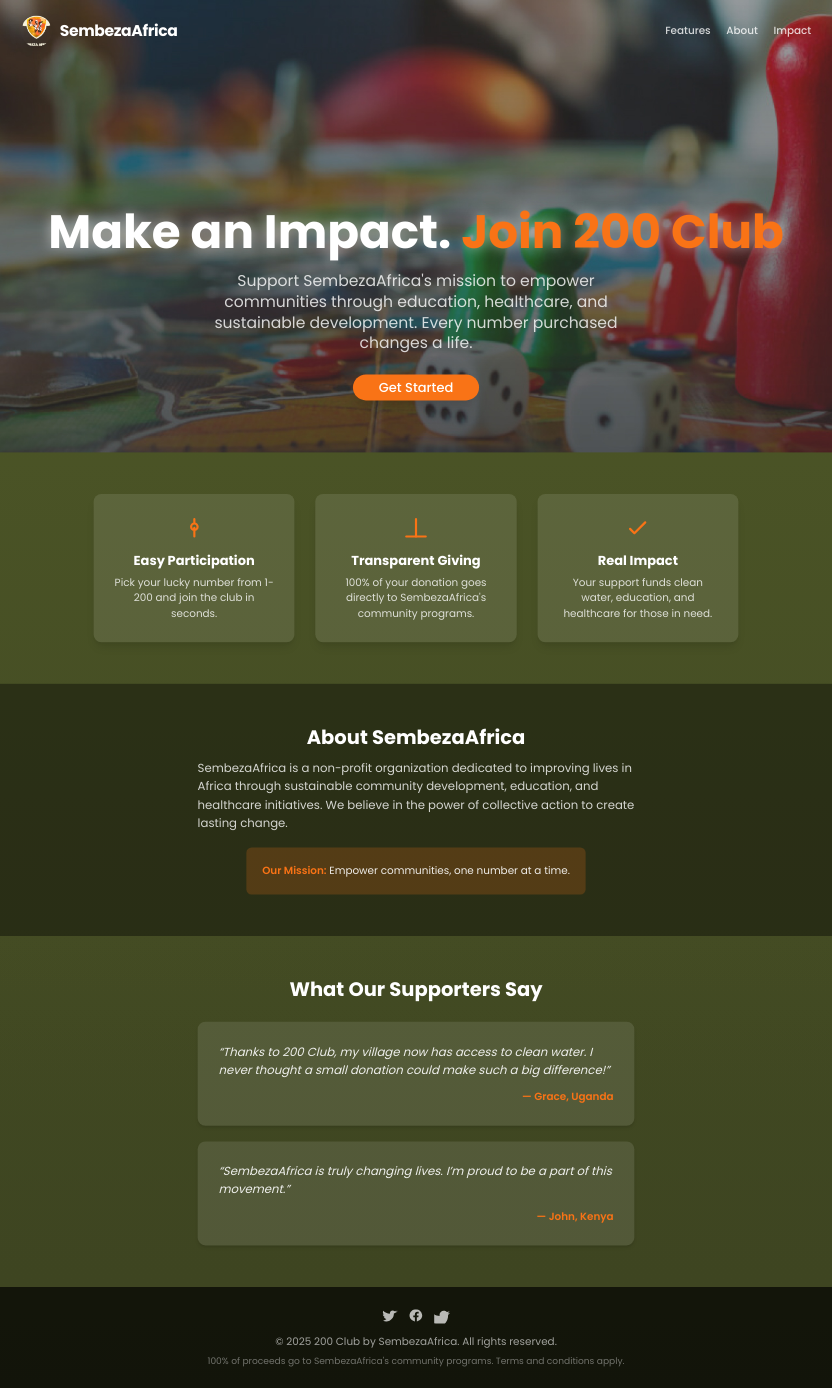
Repository: kaizoku010/200club
Page: /
These files come from the project's save history. The page is drawn as it stood at one moment and after the next save; the edit follows.
The browser window is 1280 px wide. The pictures show the whole page, at 65% of full size.
Backgrounds fixed to the window are drawn as part of the page. The project was rebuilt for these pictures with package versions that can differ from the ones it lists, and the page was loaded fresh each time. Also part of the build but not shown: vite.config.ts, src/components/ui/tooltip.tsx, src/components/Header.tsx, src/services/soundService.ts, src/components/NumberGrid.tsx, src/components/ui/use-toast.ts, src/components/ui/sound-button.tsx, src/components/RandomizeButton.tsx and 13 more.

Above is the page before, as saved 2025-06-10 10:48:17.

### index.html
<!DOCTYPE html>
<html lang="en">
  <head>
    <meta charset="UTF-8" />
    <meta name="viewport" content="width=device-width, initial-scale=1.0" />
    <title>lucky-number-arena-buy</title>
    <meta name="description" content="Lovable Generated Project" />
    <meta name="author" content="Lovable" />

    <meta property="og:title" content="lucky-number-arena-buy" />
    <meta property="og:description" content="Lovable Generated Project" />
    <meta property="og:type" content="website" />
    <meta property="og:image" content="https://lovable.dev/opengraph-image-p98pqg.png" />

    <meta name="twitter:card" content="summary_large_image" />
    <meta name="twitter:site" content="@lovable_dev" />
    <meta name="twitter:image" content="https://lovable.dev/opengraph-image-p98pqg.png" />
  </head>

  <body>
    <div id="root"></div>
    <!-- IMPORTANT: DO NOT REMOVE THIS SCRIPT TAG OR THIS VERY COMMENT! -->
    <script src="https://cdn.gpteng.co/gptengineer.js" type="module"></script>
    <script type="module" src="/src/main.tsx"></script>
  </body>
</html>

### src/App.tsx
import { Toaster } from "@/components/ui/toaster";
import { Toaster as Sonner } from "@/components/ui/sonner";
import { TooltipProvider } from "@/components/ui/tooltip";
import { QueryClient, QueryClientProvider } from "@tanstack/react-query";
import { BrowserRouter, Routes, Route, Navigate } from "react-router-dom";
import LandingPage from "./pages/LandingPage";
import GamePage from "./pages/GamePage";
import NotFound from "./pages/NotFound";

const queryClient = new QueryClient();

const App = () => (
  <QueryClientProvider client={queryClient}>
    <TooltipProvider>
      <Toaster />
      <Sonner />
      <BrowserRouter>
        <Routes>
          <Route path="/" element={<LandingPage />} />
          <Route path="/game" element={<GamePage />} />
          {/* Redirect main /index to the new game page for backward compatibility */}
          <Route path="/index" element={<Navigate to="/game" replace />} />
          <Route path="*" element={<NotFound />} />
        </Routes>
      </BrowserRouter>
    </TooltipProvider>
  </QueryClientProvider>
);

export default App;

### src/index.css

@import url('https://fonts.googleapis.com/css2?family=Poppins:wght@400;500;600;700&display=swap');

@tailwind base;
@tailwind components;
@tailwind utilities;

@layer base {
  :root {
    --background: 0 0% 100%;
    --foreground: 222.2 84% 4.9%;

    --card: 0 0% 100%;
    --card-foreground: 222.2 84% 4.9%;

    --popover: 0 0% 100%;
    --popover-foreground: 222.2 84% 4.9%;

    --primary: 222.2 47.4% 11.2%;
    --primary-foreground: 210 40% 98%;

    --secondary: 210 40% 96.1%;
    --secondary-foreground: 222.2 47.4% 11.2%;

    --muted: 210 40% 96.1%;
    --muted-foreground: 215.4 16.3% 46.9%;

    --accent: 210 40% 96.1%;
    --accent-foreground: 222.2 47.4% 11.2%;

    --destructive: 0 84.2% 60.2%;
    --destructive-foreground: 210 40% 98%;

    --border: 214.3 31.8% 91.4%;
    --input: 214.3 31.8% 91.4%;
    --ring: 222.2 84% 4.9%;

    --radius: 0.5rem;
  }

  .dark {
    --background: 222.2 84% 4.9%;
    --foreground: 210 40% 98%;

    --card: 222.2 84% 4.9%;
    --card-foreground: 210 40% 98%;

    --popover: 222.2 84% 4.9%;
    --popover-foreground: 210 40% 98%;

    --primary: 210 40% 98%;
    --primary-foreground: 222.2 47.4% 11.2%;

    --secondary: 217.2 32.6% 17.5%;
    --secondary-foreground: 210 40% 98%;

    --muted: 217.2 32.6% 17.5%;
    --muted-foreground: 215 20.2% 65.1%;

    --accent: 217.2 32.6% 17.5%;
    --accent-foreground: 210 40% 98%;

    --destructive: 0 62.8% 30.6%;
    --destructive-foreground: 210 40% 98%;

    --border: 217.2 32.6% 17.5%;
    --input: 217.2 32.6% 17.5%;
    --ring: 212.7 26.8% 83.9%;
  }
}

@layer base {
  * {
    @apply border-border;
  }

  body {
    @apply bg-game-background text-game-text font-sans;
  }

  .number-card {
    @apply flex items-center justify-center bg-game-primary rounded-lg text-white font-bold text-2xl shadow-lg transition-all duration-300 hover:scale-105 hover:bg-game-secondary cursor-pointer;
    aspect-ratio: 1 / 1;
  }

  .number-card.selected {
    @apply bg-game-accent scale-105 ring-2 ring-white;
    animation: pulse 2s infinite;
  }

  .number-card.purchased {
    @apply bg-gray-500 opacity-50 cursor-not-allowed hover:scale-100;
  }

  .action-button {
    @apply bg-game-accent text-white font-bold py-3 px-6 rounded-full shadow-lg hover:bg-game-highlight transition-colors duration-300;
  }

  .payment-option {
    @apply flex items-center space-x-2 p-4 border-2 rounded-xl transition-all duration-300;
  }

  .payment-option.selected {
    @apply border-game-accent bg-opacity-10 bg-game-accent;
  }

  @keyframes pulse {
    0%, 100% {
      transform: scale(1.05);
    }
    50% {
      transform: scale(1.1);
    }
  }
}

### src/components/ui/toaster.tsx
import { useToast } from "@/hooks/use-toast"
import {
  Toast,
  ToastClose,
  ToastDescription,
  ToastProvider,
  ToastTitle,
  ToastViewport,
} from "@/components/ui/toast"

export function Toaster() {
  const { toasts } = useToast()

  return (
    <ToastProvider>
      {toasts.map(function ({ id, title, description, action, ...props }) {
        return (
          <Toast key={id} {...props}>
            <div className="grid gap-1">
              {title && <ToastTitle>{title}</ToastTitle>}
              {description && (
                <ToastDescription>{description}</ToastDescription>
              )}
            </div>
            {action}
            <ToastClose />
          </Toast>
        )
      })}
      <ToastViewport />
    </ToastProvider>
  )
}

### src/components/ui/sonner.tsx
import { useTheme } from "next-themes"
import { Toaster as Sonner, toast } from "sonner"

type ToasterProps = React.ComponentProps<typeof Sonner>

const Toaster = ({ ...props }: ToasterProps) => {
  const { theme = "system" } = useTheme()

  return (
    <Sonner
      theme={theme as ToasterProps["theme"]}
      className="toaster group"
      toastOptions={{
        classNames: {
          toast:
            "group toast group-[.toaster]:bg-background group-[.toaster]:text-foreground group-[.toaster]:border-border group-[.toaster]:shadow-lg",
          description: "group-[.toast]:text-muted-foreground",
          actionButton:
            "group-[.toast]:bg-primary group-[.toast]:text-primary-foreground",
          cancelButton:
            "group-[.toast]:bg-muted group-[.toast]:text-muted-foreground",
        },
      }}
      {...props}
    />
  )
}

export { Toaster, toast }

### src/components/ui/toast.tsx
import * as React from "react"
import * as ToastPrimitives from "@radix-ui/react-toast"
import { cva, type VariantProps } from "class-variance-authority"
import { X } from "lucide-react"

import { cn } from "@/lib/utils"

const ToastProvider = ToastPrimitives.Provider

const ToastViewport = React.forwardRef<
  React.ElementRef<typeof ToastPrimitives.Viewport>,
  React.ComponentPropsWithoutRef<typeof ToastPrimitives.Viewport>
>(({ className, ...props }, ref) => (
  <ToastPrimitives.Viewport
    ref={ref}
    className={cn(
      "fixed top-0 z-[100] flex max-h-screen w-full flex-col-reverse p-4 sm:bottom-0 sm:right-0 sm:top-auto sm:flex-col md:max-w-[420px]",
      className
    )}
    {...props}
  />
))
ToastViewport.displayName = ToastPrimitives.Viewport.displayName

const toastVariants = cva(
  "group pointer-events-auto relative flex w-full items-center justify-between space-x-4 overflow-hidden rounded-md border p-6 pr-8 shadow-lg transition-all data-[swipe=cancel]:translate-x-0 data-[swipe=end]:translate-x-[var(--radix-toast-swipe-end-x)] data-[swipe=move]:translate-x-[var(--radix-toast-swipe-move-x)] data-[swipe=move]:transition-none data-[state=open]:animate-in data-[state=closed]:animate-out data-[swipe=end]:animate-out data-[state=closed]:fade-out-80 data-[state=closed]:slide-out-to-right-full data-[state=open]:slide-in-from-top-full data-[state=open]:sm:slide-in-from-bottom-full",
  {
    variants: {
      variant: {
        default: "border bg-background text-foreground",
        destructive:
          "destructive group border-destructive bg-destructive text-destructive-foreground",
      },
    },
    defaultVariants: {
      variant: "default",
    },
  }
)

const Toast = React.forwardRef<
  React.ElementRef<typeof ToastPrimitives.Root>,
  React.ComponentPropsWithoutRef<typeof ToastPrimitives.Root> &
    VariantProps<typeof toastVariants>
>(({ className, variant, ...props }, ref) => {
  return (
    <ToastPrimitives.Root
      ref={ref}
      className={cn(toastVariants({ variant }), className)}
      {...props}
    />
  )
})
Toast.displayName = ToastPrimitives.Root.displayName

const ToastAction = React.forwardRef<
  React.ElementRef<typeof ToastPrimitives.Action>,
  React.ComponentPropsWithoutRef<typeof ToastPrimitives.Action>
>(({ className, ...props }, ref) => (
  <ToastPrimitives.Action
    ref={ref}
    className={cn(
      "inline-flex h-8 shrink-0 items-center justify-center rounded-md border bg-transparent px-3 text-sm font-medium ring-offset-background transition-colors hover:bg-secondary focus:outline-none focus:ring-2 focus:ring-ring focus:ring-offset-2 disabled:pointer-events-none disabled:opacity-50 group-[.destructive]:border-muted/40 group-[.destructive]:hover:border-destructive/30 group-[.destructive]:hover:bg-destructive group-[.destructive]:hover:text-destructive-foreground group-[.destructive]:focus:ring-destructive",
      className
    )}
    {...props}
  />
))
ToastAction.displayName = ToastPrimitives.Action.displayName

const ToastClose = React.forwardRef<
  React.ElementRef<typeof ToastPrimitives.Close>,
  React.ComponentPropsWithoutRef<typeof ToastPrimitives.Close>
>(({ className, ...props }, ref) => (
  <ToastPrimitives.Close
    ref={ref}
    className={cn(
      "absolute right-2 top-2 rounded-md p-1 text-foreground/50 opacity-0 transition-opacity hover:text-foreground focus:opacity-100 focus:outline-none focus:ring-2 group-hover:opacity-100 group-[.destructive]:text-red-300 group-[.destructive]:hover:text-red-50 group-[.destructive]:focus:ring-red-400 group-[.destructive]:focus:ring-offset-red-600",
      className
    )}
    toast-close=""
    {...props}
  >
    <X className="h-4 w-4" />
  </ToastPrimitives.Close>
))
ToastClose.displayName = ToastPrimitives.Close.displayName

const ToastTitle = React.forwardRef<
  React.ElementRef<typeof ToastPrimitives.Title>,
  React.ComponentPropsWithoutRef<typeof ToastPrimitives.Title>
>(({ className, ...props }, ref) => (
  <ToastPrimitives.Title
    ref={ref}
    className={cn("text-sm font-semibold", className)}
    {...props}
  />
))
ToastTitle.displayName = ToastPrimitives.Title.displayName

const ToastDescription = React.forwardRef<
  React.ElementRef<typeof ToastPrimitives.Description>,
  React.ComponentPropsWithoutRef<typeof ToastPrimitives.Description>
>(({ className, ...props }, ref) => (
  <ToastPrimitives.Description
    ref={ref}
    className={cn("text-sm opacity-90", className)}
    {...props}
  />
))
ToastDescription.displayName = ToastPrimitives.Description.displayName

type ToastProps = React.ComponentPropsWithoutRef<typeof Toast>

type ToastActionElement = React.ReactElement<typeof ToastAction>

export {
  type ToastProps,
  type ToastActionElement,
  ToastProvider,
  ToastViewport,
  Toast,
  ToastTitle,
  ToastDescription,
  ToastClose,
  ToastAction,
}

### src/components/ui/button.tsx
import * as React from "react"
import { Slot } from "@radix-ui/react-slot"
import { cva, type VariantProps } from "class-variance-authority"

import { cn } from "@/lib/utils"

const buttonVariants = cva(
  "inline-flex items-center justify-center gap-2 whitespace-nowrap rounded-md text-sm font-medium ring-offset-background transition-colors focus-visible:outline-none focus-visible:ring-2 focus-visible:ring-ring focus-visible:ring-offset-2 disabled:pointer-events-none disabled:opacity-50 [&_svg]:pointer-events-none [&_svg]:size-4 [&_svg]:shrink-0",
  {
    variants: {
      variant: {
        default: "bg-primary text-primary-foreground hover:bg-primary/90",
        destructive:
          "bg-destructive text-destructive-foreground hover:bg-destructive/90",
        outline:
          "border border-input bg-background hover:bg-accent hover:text-accent-foreground",
        secondary:
          "bg-secondary text-secondary-foreground hover:bg-secondary/80",
        ghost: "hover:bg-accent hover:text-accent-foreground",
        link: "text-primary underline-offset-4 hover:underline",
      },
      size: {
        default: "h-10 px-4 py-2",
        sm: "h-9 rounded-md px-3",
        lg: "h-11 rounded-md px-8",
        icon: "h-10 w-10",
      },
    },
    defaultVariants: {
      variant: "default",
      size: "default",
    },
  }
)

export interface ButtonProps
  extends React.ButtonHTMLAttributes<HTMLButtonElement>,
    VariantProps<typeof buttonVariants> {
  asChild?: boolean
}

const Button = React.forwardRef<HTMLButtonElement, ButtonProps>(
  ({ className, variant, size, asChild = false, ...props }, ref) => {
    const Comp = asChild ? Slot : "button"
    return (
      <Comp
        className={cn(buttonVariants({ variant, size, className }))}
        ref={ref}
        {...props}
      />
    )
  }
)
Button.displayName = "Button"

export { Button, buttonVariants }

### src/pages/main.css
/* #main-page{
    background: url('/assets/images/sembeza-africa.jpg') no-repeat center center fixed;
    background-size: cover;
} */

#hero-section{
    background: url('../imgs/bg2.jpg') no-repeat center center fixed;
}

#nav{
z-index: 1111111111;
    background-color: rgba(255, 0, 0, 0);
    position: fixed;
    width: 100%;
}

#hero-title{
    margin-top: 15rem;
}

### tailwind.config.ts

import type { Config } from "tailwindcss";

export default {
	darkMode: ["class"],
	content: [
		"./pages/**/*.{ts,tsx}",
		"./components/**/*.{ts,tsx}",
		"./app/**/*.{ts,tsx}",
		"./src/**/*.{ts,tsx}",
	],
	prefix: "",
	theme: {
		container: {
			center: true,
			padding: '2rem',
			screens: {
				'2xl': '1400px'
			}
		},
		extend: {
			fontFamily: {
				sans: ['Poppins', 'sans-serif'],
			},
			colors: {
				border: 'hsl(var(--border))',
				input: 'hsl(var(--input))',
				ring: 'hsl(var(--ring))',
				background: 'hsl(var(--background))',
				foreground: 'hsl(var(--foreground))',
				primary: {
					DEFAULT: 'hsl(var(--primary))',
					foreground: 'hsl(var(--primary-foreground))'
				},
				secondary: {
					DEFAULT: 'hsl(var(--secondary))',
					foreground: 'hsl(var(--secondary-foreground))'
				},
				destructive: {
					DEFAULT: 'hsl(var(--destructive))',
					foreground: 'hsl(var(--destructive-foreground))'
				},
				muted: {
					DEFAULT: 'hsl(var(--muted))',
					foreground: 'hsl(var(--muted-foreground))'
				},
				accent: {
					DEFAULT: 'hsl(var(--accent))',
					foreground: 'hsl(var(--accent-foreground))'
				},
				popover: {
					DEFAULT: 'hsl(var(--popover))',
					foreground: 'hsl(var(--popover-foreground))'
				},
				card: {
					DEFAULT: 'hsl(var(--card))',
					foreground: 'hsl(var(--card-foreground))'
				},
				sidebar: {
					DEFAULT: 'hsl(var(--sidebar-background))',
					foreground: 'hsl(var(--sidebar-foreground))',
					primary: 'hsl(var(--sidebar-primary))',
					'primary-foreground': 'hsl(var(--sidebar-primary-foreground))',
					accent: 'hsl(var(--sidebar-accent))',
					'accent-foreground': 'hsl(var(--sidebar-accent-foreground))',
					border: 'hsl(var(--sidebar-border))',
					ring: 'hsl(var(--sidebar-ring))'
				},
				game: {
					'primary': '#505a28',
					'secondary': '#3e4521',
					'accent': '#F97316',
					'background': '#1A1F2C',
					'text': '#FFFFFF',
					'highlight': '#D946EF',
				}
			},
			borderRadius: {
				lg: 'var(--radius)',
				md: 'calc(var(--radius) - 2px)',
				sm: 'calc(var(--radius) - 4px)'
			},
			dropShadow: {
				'glow': '0 0 10px rgba(255, 255, 255, 0.5)'
			},
			keyframes: {
				'accordion-down': {
					from: {
						height: '0'
					},
					to: {
						height: 'var(--radix-accordion-content-height)'
					}
				},
				'accordion-up': {
					from: {
						height: 'var(--radix-accordion-content-height)'
					},
					to: {
						height: '0'
					}
				},
				'bounce': {
					'0%, 100%': { transform: 'translateY(0)' },
					'50%': { transform: 'translateY(-20px)' }
				},
				'spin': {
					'0%': { transform: 'rotate(0deg)' },
					'100%': { transform: 'rotate(360deg)' }
				},
				'pulse': {
					'0%, 100%': { opacity: '1' },
					'50%': { opacity: '0.5' }
				},
				'float': {
					'0%, 100%': { transform: 'translateY(0)' },
					'50%': { transform: 'translateY(-10px)' }
				},
				'fadeIn': {
					'0%': { opacity: '0', transform: 'translateY(10px)' },
					'100%': { opacity: '1', transform: 'translateY(0)' }
				},
				'scaleIn': {
					'0%': { opacity: '0', transform: 'scale(0.8)' },
					'100%': { opacity: '1', transform: 'scale(1)' }
				},
				'slideUp': {
					'0%': { opacity: '0', transform: 'translateY(20px)' },
					'100%': { opacity: '1', transform: 'translateY(0)' }
				},
				'progressBar': {
					'0%': { width: '0%' },
					'100%': { width: '100%' }
				}
			},
			animation: {
				'accordion-down': 'accordion-down 0.2s ease-out',
				'accordion-up': 'accordion-up 0.2s ease-out',
				'bounce': 'bounce 1s ease-in-out infinite',
				'spin': 'spin 1s linear infinite',
				'pulse': 'pulse 2s cubic-bezier(0.4, 0, 0.6, 1) infinite',
				'float': 'float 3s ease-in-out infinite',
				'fadeIn': 'fadeIn 0.5s ease-out',
				'scaleIn': 'scaleIn 0.3s ease-out',
				'slideUp': 'slideUp 0.4s ease-out',
				'progressBar': 'progressBar 1s ease-out forwards'
			}
		}
	},
	plugins: [require("tailwindcss-animate")],
} satisfies Config;

Loaded but not shown: src/main.tsx (common file); src/hooks/use-toast.ts (common file); src/lib/utils.ts (common file); src/pages/LandingPage.tsx (113 lines, source omitted)

After the next save:
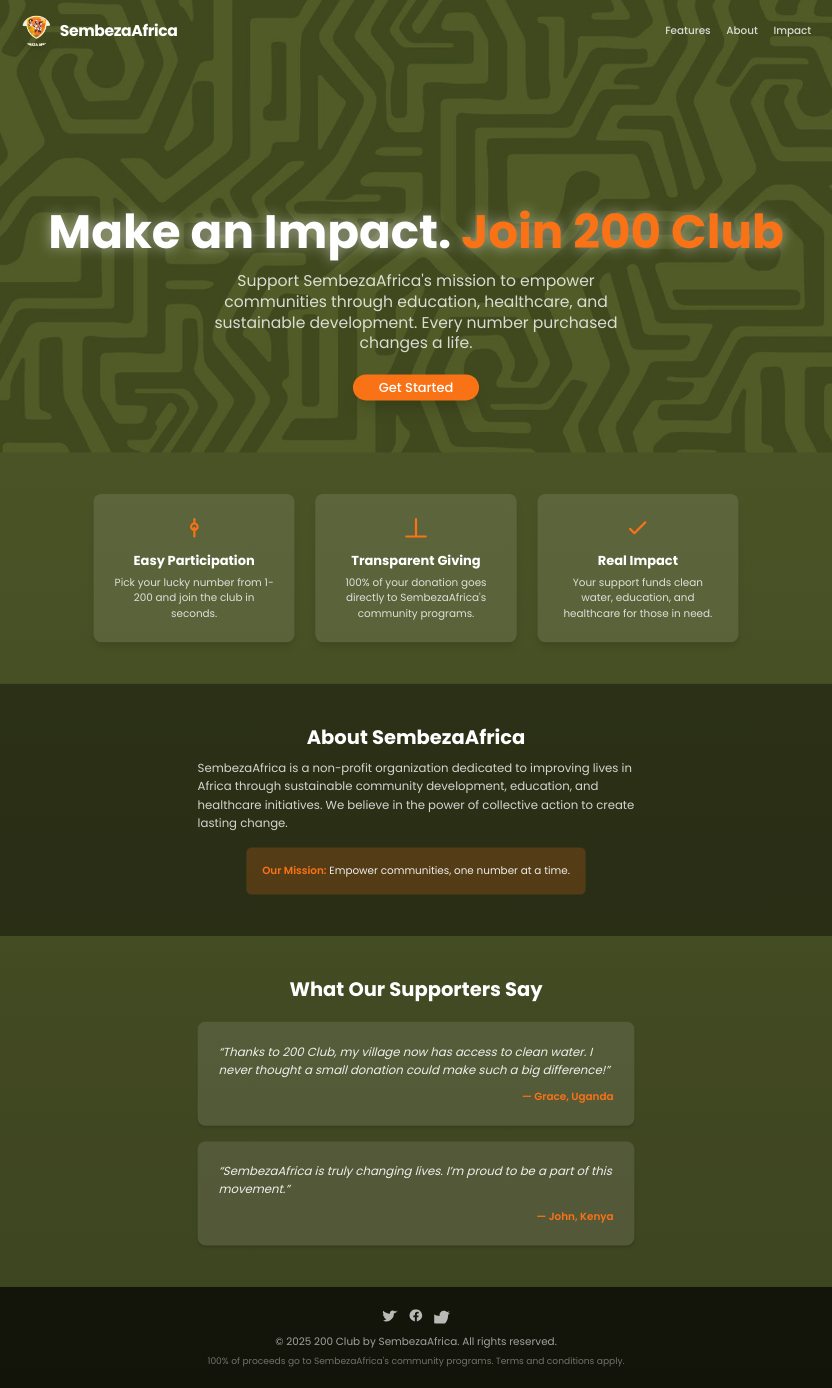
Saved 89 s later.
--- a/src/pages/main.css
+++ b/src/pages/main.css
@@ -4,7 +4,7 @@
 } */
 
 #hero-section{
-    background: url('../imgs/bg2.jpg') no-repeat center center fixed;
+    background: url('../imgs/bg.jpg') no-repeat center center fixed;
 }
 
 #nav{
